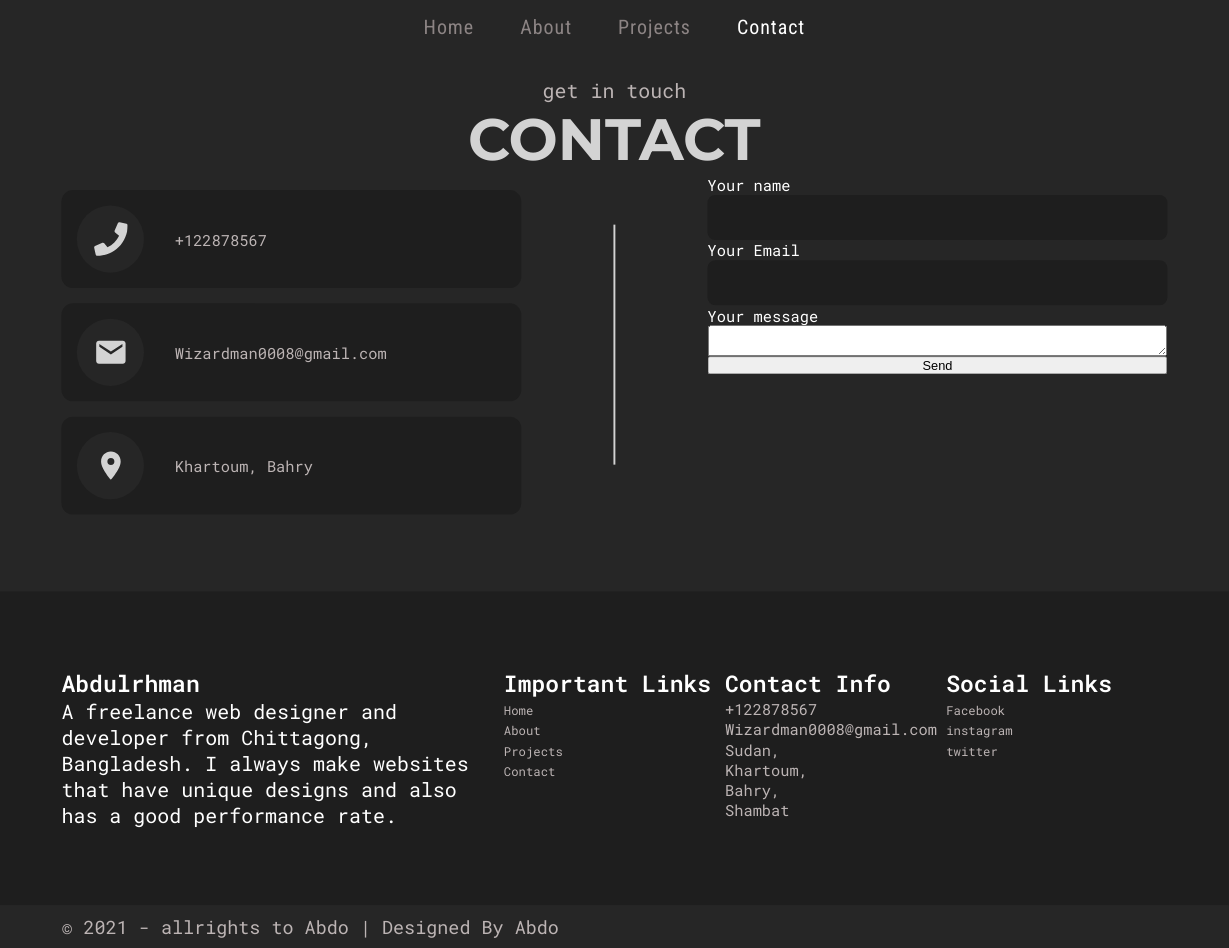
Repository: Abdoulrhman-altyeb/React-Typescript
Page: /contact
These files come from the project's save history. The page is drawn as it stood at one moment and after the next save; the edit follows.
The browser window is 1280 px wide. The pictures show the whole page, at 96% of full size.
The project was rebuilt for these pictures with package versions that can differ from the ones it lists, and the page was loaded fresh each time. Also part of the build but not shown: src/components/Button.tsx, src/components/ContactButton.tsx, src/components/HeroSection.tsx, src/components/AboutSection.tsx, src/assits/data/Services.ts, src/components/ServiceItems.tsx, src/components/ServicesSection.tsx, src/components/ProjectsSection.tsx and 3 more.

Above is the page before, as saved 2021-05-20 17:55:52.

### public/index.html
<!DOCTYPE html>
<html lang="en">

<head>
  <meta charset="utf-8" />
  <meta name="viewport" content="width=device-width, initial-scale=1" />
  <meta name="theme-color" content="#000000" />
  <meta name="description" content="IT Guys Community" />
  <link rel="preconnect" href="https://fonts.gstatic.com">
  <link href="https://fonts.googleapis.com/css2?family=Roboto:wght@300;400;500;700&display=swap" rel="stylesheet">
  <link rel="preconnect" href="https://fonts.gstatic.com">
<link href="https://fonts.googleapis.com/css2?family=Montserrat:wght@200;300;400;500;700&display=swap" rel="stylesheet">
<link rel="preconnect" href="https://fonts.gstatic.com">
<link href="https://fonts.googleapis.com/css2?family=Roboto+Mono:wght@200;300;400;500;600&display=swap" rel="stylesheet">
<link rel="preconnect" href="https://fonts.gstatic.com">
<link href="https://fonts.googleapis.com/css2?family=Roboto+Condensed:wght@400;700&display=swap" rel="stylesheet">
  <title>App Lab</title>
</head>

<body>
  <noscript>You need to enable JavaScript to run this app.</noscript>
  <div id="root"></div>
</body>

</html>

### src/index.tsx
import ReactDOM from "react-dom";
import App from "./App";
import './assits/styles/style.css'

ReactDOM.render(<App/>,document.getElementById("root"));

### src/App.tsx
import React from "react";
import NavBar from './components/NavBar';
import { BrowserRouter as Router, Route, Switch } from 'react-router-dom'
import Home from "./Pages/Home";
import Contact from "./Pages/Contact";
import About from "./Pages/About";
import Projects from "./Pages/Projects";


const App: React.FC = () => {



  return (
    <>
      <Router>
        <NavBar />
        <Switch>
          <Route  path='/' exact>
            <Home />
          </Route>
          <Route path="/contact">
            <Contact />
          </Route>
          <Route path='/about'>
            <About />
          </Route>
          <Route path='/projects'>
              <Projects/>
          </Route>
        </Switch>
      </Router>
    </>
  )
}

export default App;

### src/assits/styles/style.css
* {
    padding:0;
    margin:0;
    box-sizing:border-box;
    scroll-behavior: auto;
}

body {
    background:#262626;
    color:white;
    font-family: 'Roboto Mono', monospace;
}
::-webkit-scrollbar-track {
    background: #1E1E1E;
}
::-webkit-scrollbar {
    width: 8px;
}
::-webkit-scrollbar-thumb {
    background: #888;
    border-radius: 20px;
}




img,svg{
    width: 100%;
    height:100%;
    object-fit: cover;
}
.container {
    width:90%;
    max-width:1200px;
    margin: 0 auto;
}

.hero__img {
    height:600px;
}
ul {
    list-style: none;
}
p, h1, span,h3,a {
    color:#BCB4B4
}
a {
    text-decoration: none;
    font-size:0.8rem;
}

### src/components/NavBar.tsx
import React,{useState} from 'react';
import styled from 'styled-components';
import { NavLink } from 'react-router-dom';
import { BiMenu, BiX } from 'react-icons/bi';


const NavBar: React.FC = () => {

    const [isActive, setIsActive] = useState<boolean>(false);

    return (
        <NavBarContainer>
            <div className="hamburgerMenu"
                onClick={() => setIsActive(!isActive)}
                role='button'
                tabIndex={0}
                onKeyDown={() => setIsActive(!isActive)}
            >
                <BiMenu/>
            </div>
            <ul className={isActive ? 'ListItems' : 'ListItems hide-items'}>
                <div className='closeMenu'
                    onClick={() => setIsActive(!isActive)}
                    role='button'
                    tabIndex={0}
                    onKeyDown={() => setIsActive(!isActive)}
                >
                    <BiX/>
                </div>
                <li>
                    <NavLink to='/' exact>
                     Home
                    </NavLink>
                </li>
                <li>
                    <NavLink to="/about">
                        About
                    </NavLink>
                </li>
                <li>
                    <NavLink to='projects'>
                        Projects
                    </NavLink>
                </li>
                <li>
                    <NavLink to='contact'>
                        Contact
                    </NavLink>
                </li>
            </ul>
        </NavBarContainer>
    )
}

const NavBarContainer = styled.nav`
    position: fixed;
    z-index:100;
    top:0;
    left:0;
    background-color:#262626;
    font-family: 'Roboto Condensed', sans-serif;
    width:100%;
    ul {
        width:90%;
        max-width:1200px;
        justify-content:center;
        text-align:center;
        margin:0 auto;
        border-radius:12px;
    }
    li {
        display:inline-block;
        cursor:pointer;
    }
    a {
        display:inline-block;
        padding:1rem 1.5rem;
        font-size:1.3rem;
        color:#8c8484;
        letter-spacing: 1px;
        transition:0.3s ease color;
        /* &:hover {
            color:#726f6f;
        } */
    }
    .active {
        color:white;
    }

    .hamburgerMenu {
        font-size:2rem;
        position:absolute;
        top:1rem;
        right:1rem;
        color:white;
        display:none;
        * {
            pointer-events:none;
        }
    }
    .closeMenu{
        display:none;
    }
    @media only screen and (max-width:768px) {
        .hide-items{
            transform: translateY(calc(-100% - 1rem))
        }
        .hamburgerMenu{
            display:block;
        }
        .ListItems {
            width:80%;
            max-width:230px;
            position:absolute;
            top:1rem;
            right:1rem;
            background:#1E1E1E;
            padding:1rem;
            transition: 0.3s ease transform;

            .closeMenu {
                color:white;
                font-size:1.5rem;
                width:1rem;
                margin: 0 0 0 auto;
                cursor: pointer;
                display:block;
                *{
                    pointer-events:none;
                }
            }
        }
        li {
            display:block;
            margin-bottom:1rem;
        }
        a {
            /* padding:1rem; */
            padding:0.2rem;
            outline:none;
        }
    }
`;



export default NavBar;

### src/Pages/Contact.tsx
import React from 'react';
import ContactSection from '../components/ContactSecion';
import FooterSection from '../components/FooterSection';

const Contact: React.FC = () => {
    return (
        <>
            <ContactSection/>
            <FooterSection/>
        </>
    )
}

export default Contact;

### src/components/FooterSection.tsx
import React from 'react';
import styled from 'styled-components';
import PaText from './PaText';
import { Link } from 'react-router-dom';

const FooterSection: React.FC = () => {
    return (
        <>
            <StyledDiv>
                <div className="container">
                    <div className="info">
                        <h2>Abdulrhman</h2>
                        <PaText>
                            A freelance web designer and developer from Chittagong,
                            Bangladesh. I always make websites that have unique designs
                            and also has a good performance rate.
                        </PaText>
                    </div>
                    <div className="pages">
                        <h2>Important Links</h2>
                        <ul>
                            <li>
                                <Link to="/">Home</Link>
                            </li>
                            <li>
                                <Link to="/">About</Link>
                            </li>
                            <li>
                                <Link to="/">Projects</Link>
                            </li>
                            <li>
                                <Link to="/">Contact</Link>
                            </li>
                        </ul>
                    </div>
                    <div className="contact_info">
                        <h2>Contact Info</h2>
                        <ul>
                            <li><p>+122878567</p></li>
                            <li><p>Wizardman0008@gmail.com</p></li>
                            <li><p>Sudan,<br></br>Khartoum,<br></br>Bahry,<br></br>Shambat</p></li>
                        </ul>
                    </div>
                    <div className="social_Links">
                        <h2>Social Links</h2>
                        <ul>
                            <li><a href="https://facebook.com" rel='noreferrer'>Facebook</a></li>
                        </ul>
                        <ul>
                            <li><a href="https://instagram.com" rel='noreferrer'>instagram</a></li>
                        </ul>
                        <ul>
                            <li><a href="https://twitter.com" rel='noreferrer'>twitter</a></li>
                        </ul>
                    </div>
                </div>
            </StyledDiv>
            <StyledCopyright>
                <div className="container">
                    <p>© 2021 - allrights to Abdo  | Designed By Abdo</p>
                </div>
            </StyledCopyright>
        </>

    )
}

const StyledDiv = styled.div`
    background:#1E1E1E;
    padding:5rem 0 ;
    .container{
        display:flex;
    }
    .info{
        flex:2;
    }
    .contact_info,
    .pages,
    .social_Links{
        flex:1;
    }
    @media only screen and (max-width:768px) {
        .container{
            flex-direction:column;
        }
    }
`;
const StyledCopyright = styled.div`
    background:#262626;
    padding:10px 0;
    p{
        font-size:1.2rem;
    }

    @media only screen and (max-width:768px) {
        p{
            font-size:0.9rem;
            width:100%;
        }
    }
`;

export default FooterSection

### src/components/ContactSecion.tsx
import React from 'react';
import styled from 'styled-components';
import SectionsTitle from './SectionsTitle';
import { FaPhone } from 'react-icons/fa';
import { IoMdMail } from 'react-icons/io';
import {MdLocationOn} from 'react-icons/md'

const ContactSection: React.FC = () => {
    return (
        <StyledDiv>
            <div className="container">
                <SectionsTitle title='contact' semiTitle='get in touch' />
                <div className="contact-me">
                    <div className="contact-info">
                        <div className="phone">
                            <div className="icon">
                                <FaPhone/>
                            </div>
                            <span> +122878567</span>
                        </div>
                        <div className="mail">
                            <div className="icon">
                                <IoMdMail/>
                            </div>
                            <span>Wizardman0008@gmail.com</span>
                        </div>
                        <div className="location">
                            <div className="icon">
                                <MdLocationOn/>
                            </div>
                            <span>Khartoum, Bahry</span>
                        </div>
                    </div>
                    <div className="linebetween"></div>
                    <form className='form-contact'>
                        <label htmlFor="name">Your name</label>
                        <input className='name' type="text" id='name' />
                        <label htmlFor="email">Your Email</label>
                        <input type="email" id="email" />
                        <label htmlFor="message">Your message</label>
                        <textarea id="message"></textarea>
                        <button type='submit'>Send</button>
                    </form>
                </div>
            </div>
        </StyledDiv>
    )
}
const StyledDiv = styled.div`
    padding:5rem 0;
    text-align: center;
    .container{
        display: flex;
        flex-direction:column;
    }
    .title{
        p{
            font-size:1.3rem;
        }
        h2{
            font-size:3.8rem;
            margin-top:0;
        }
    }
    .contact-me{
        display: flex;
        gap:6rem;
    }
    .contact-info{
        flex:1;
    }
    .phone,
    .mail,
    .location{
        width:100%;
        background:#1E1E1E;
        margin-top:1rem;
        padding:1rem;
        border-radius:12px;
        display: flex;
        align-items: center;
    }
    .icon{
        width:70px;
        height:70px;
        border-radius: 50%;
        display: flex;
        justify-content: center;
        align-items:center;
        margin-right:2rem;
        background:#262626;
    }
    .icon svg{
        width:50%;
        fill: lightgray;
    }
    .linebetween{
        width:2px;
        height:250px;
        background:lightgray;
        align-self:center;
    }

    .form-contact{
        flex:1;
        display: flex;
        flex-direction:column;
        text-align:left;
    }
    .form-contact input{
        padding:1rem;
        background:#1E1E1E;
        border:none;
        border-radius:8px;
    }
`;

export default ContactSection;

### src/components/PaText.tsx
import styled from 'styled-components'

const PaText: React.FC = ({children}) => {

    return (
        <TextContainer className='par'>
            {children}
        </TextContainer>
    )
}

const TextContainer = styled.div`
    max-width:500px;
    margin:0 auto;
    line-height:1.3em;
    font-family: 'Roboto Mono', monospace;
    font-size:1.3rem;
    @media only screen and (max-width:768px) {
        font-size:1.1rem;
    }
`;

export default PaText

### src/components/SectionsTitle.tsx
import React from 'react';
import styled from 'styled-components';

const SectionsTitle:React.FC<SectionTitle> = ({title,semiTitle}) => {
    return (
        <StyledSectionTitle className='title'>
            <p>{semiTitle}</p>
            <h2>{title}</h2>
        </StyledSectionTitle>
    )
}

const StyledSectionTitle = styled.div`
    P{
        font-size:1.5rem;
    }
    h2{
        font-size:3.8rem;
        font-family: 'Montserrat', sans-serif;
        text-transform:uppercase;
        margin-top:0.7rem;
        color:lightgray;
    }
    @media only screen and (max-width:768px){
        p{
            font-size:1rem;
        }
        h2{
            font-size:2rem;

        }
    }
`;

export default SectionsTitle;

After the next save:
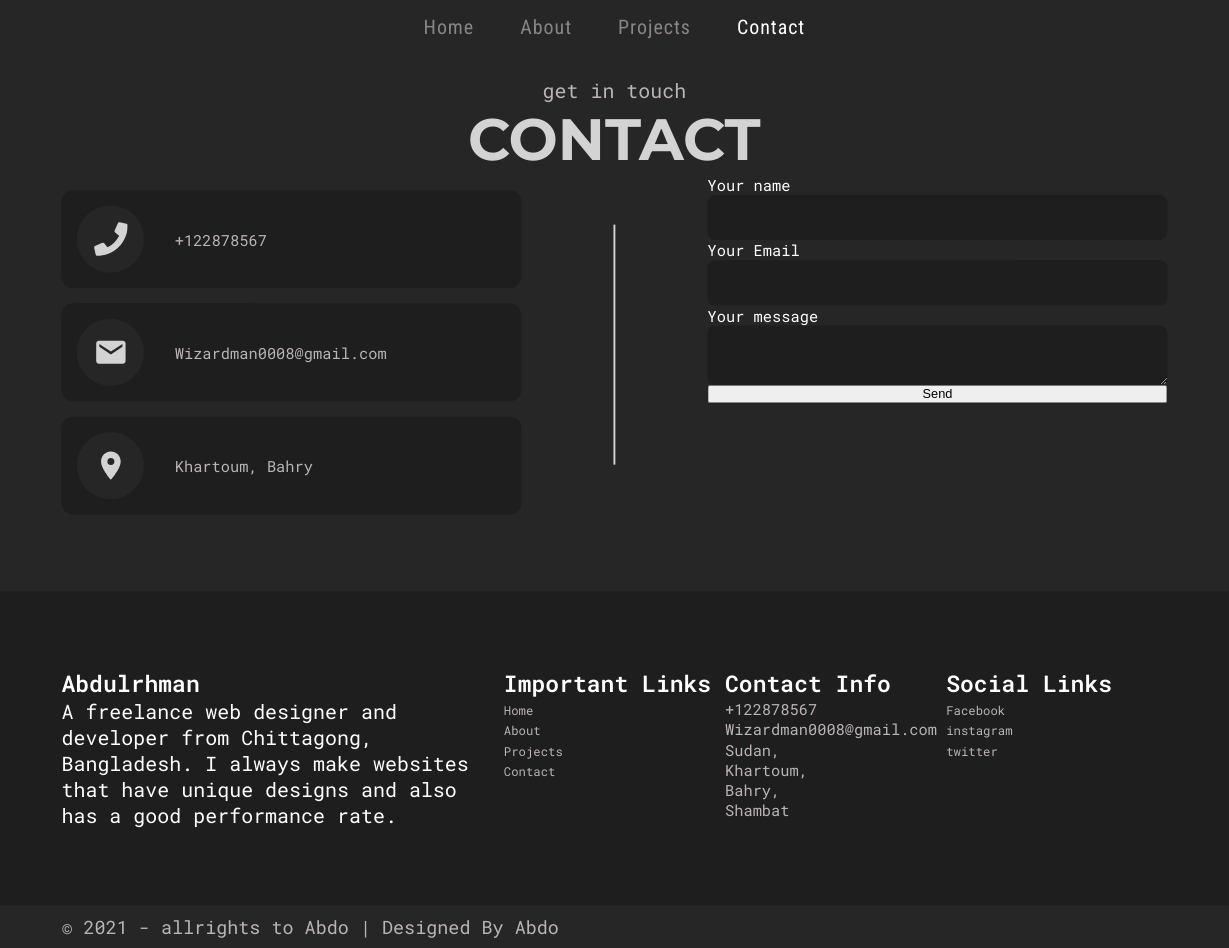
Saved 27 s later.
--- a/src/components/ContactSecion.tsx
+++ b/src/components/ContactSecion.tsx
@@ -107,7 +107,7 @@ const StyledDiv = styled.div`
         flex-direction:column;
         text-align:left;
     }
-    .form-contact input{
+    .form-contact input, textarea{
         padding:1rem;
         background:#1E1E1E;
         border:none;
